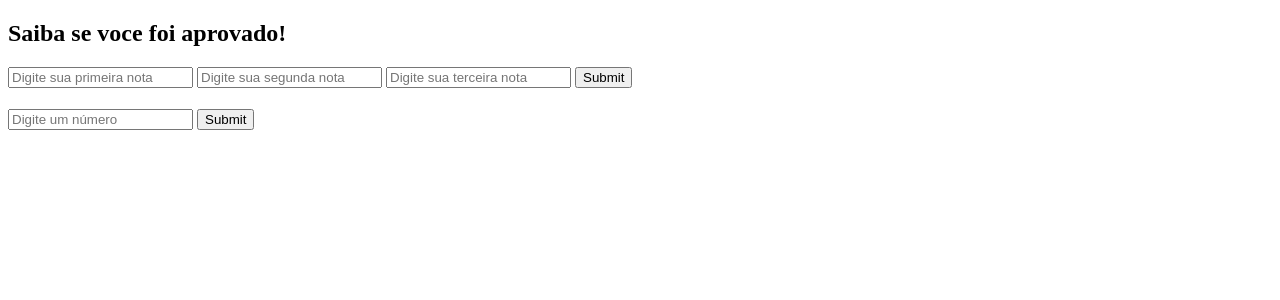
Repository: gimoli/logica1
Page: index.html
These files come from the project's save history. The page is drawn as it stood at one moment and after a run of saves; the edit follows.
The browser window is 1280 px wide. The pictures show the whole page.

Above is the page before, as saved 2025-04-30 11:41:57.

### index.html
<!DOCTYPE html>
<html lang="en">
<head>
    <meta charset="UTF-8">
    <meta name="viewport" content="width=device-width, initial-scale=1.0">
    <title>Document</title>
</head>
<body>
    <div>
        <h2>Saiba se voce foi aprovado!</h2>
        <input type="Number" id="nota1" placeholder="Digite sua primeira nota"/>
        <input type="Number" id="nota2" placeholder="Digite sua segunda nota"/>
        <input type="Number" id="nota3" placeholder="Digite sua terceira nota"/>
        <input type="submit" onclick="classificacao()" />
        <h4 id="resultadoFinal"></h4>
    </div>

    <div>
        <input type="number" id="numberInput" placeholder="Digite um número" />
        <input type="submit" onclick="numerosPares()">
        <h4 id="numeros-pares"></h4>
    </div>

    <script src="app.js"></script>
</body>
</html>

### app.js
//function mediaDaNota(nota0, nota1, nota2, nota3){

//const = tipo de variavel, é imutável
//mediaFinal = nome da variável em camelcase
//o que ela faz?
//soma das variáveis e dividide pela quantidade de variáveis

//const mediaFinal = (nota0 + nota1 + nota2 + nota3) / 4

//if = condição
//(mediaFinal >=7) = a condição ta verificando se a variavel 'mediaFinal' é maior ou igual a 7

//else= se nâo atender a nenhuma condição anterior ela entra no else
//return= informe a resposta final

//if (mediaFinal >=7) {
//        return "Aprovado"
//    } else {
//        return "Reprovado"
//    }

//return mediaFinal >=7 ? "Aprovado" : "Reprovado";

//}

//const nota0 = Number(prompt("Digite uma nota"));
//const nota1 = Number(prompt("Digite a segunda"));
//const nota2 = Number(prompt("Digite a terceira nota"));
//const nota3 = Number(prompt("Digite a quarta nota"));

//document.write(mediaDaNota(nota0, nota1, nota2, nota3));



function classificacao() {
    const nota1 = Number(document.getElementById("nota1").value);
    const nota2 = Number(document.getElementById("nota2").value);
    const nota3 = Number(document.getElementById("nota3").value);
    const resultadoFinal = document.getElementById("resultadoFinal")

    const media = (nota1 + nota2 + nota3)/3;
    if (nota1 > 10 || nota2 > 10 || nota3 > 10 || nota1 < 0 || nota2 < 0 || nota3 < 0
        || isNaN(nota1) || isNaN(nota2) || isNaN(nota3)) {
        alert("Digite uma nota válida!");
    } else {
        aprovacao = media > 7 ? "Aprovado!" : "Reprovado.";
        resultadoFinal.innerHTML = `A sua media foi de ${media.toFixed(2)}. ${aprovacao}`;
    }
}


// function tabuada() {
//     const tabuadaInput = Number(document.getElementById("tabuada-input").value);
//     let i = 1;
//     let resultado = [];

//     while(i <= 10) {
//         resultado += tabuadaInput * i;
//         i++;
//     }

//     for(let i = 1; i <= 10; i++) {
//         resultado += tabuadaInput * i;
//     }
// }

After the next 2 saves:
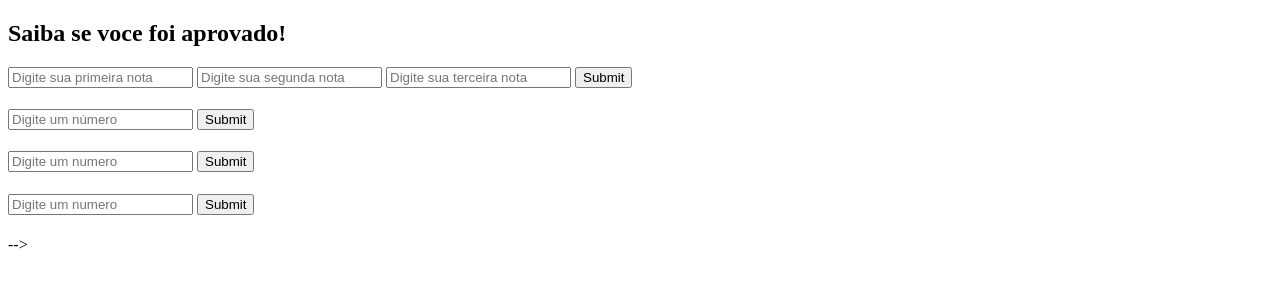
The 2 saves are shown as one change because they came seconds apart.
The last was saved 4 days later.
--- a/index.html
+++ b/index.html
@@ -20,6 +20,16 @@
         <input type="submit" onclick="numerosPares()">
         <h4 id="numeros-pares"></h4>
     </div>
+    <div>
+        <input type="number" id="numero-input" placeholder="Digite um numero" />
+        <input type="submit" onclick="numerosPares()">
+        <h4 id="numeros-pares"></h4>
+    </div>
+    <div>
+        <input type="number" id="tabuada-input" placeholder="Digite um numero" />
+        <input type="submit" onclick="tabuada()">
+        <h4 id="resultado-tabuada"></h4>
+    </div> -->
 
     <script src="app.js"></script>
 </body>
